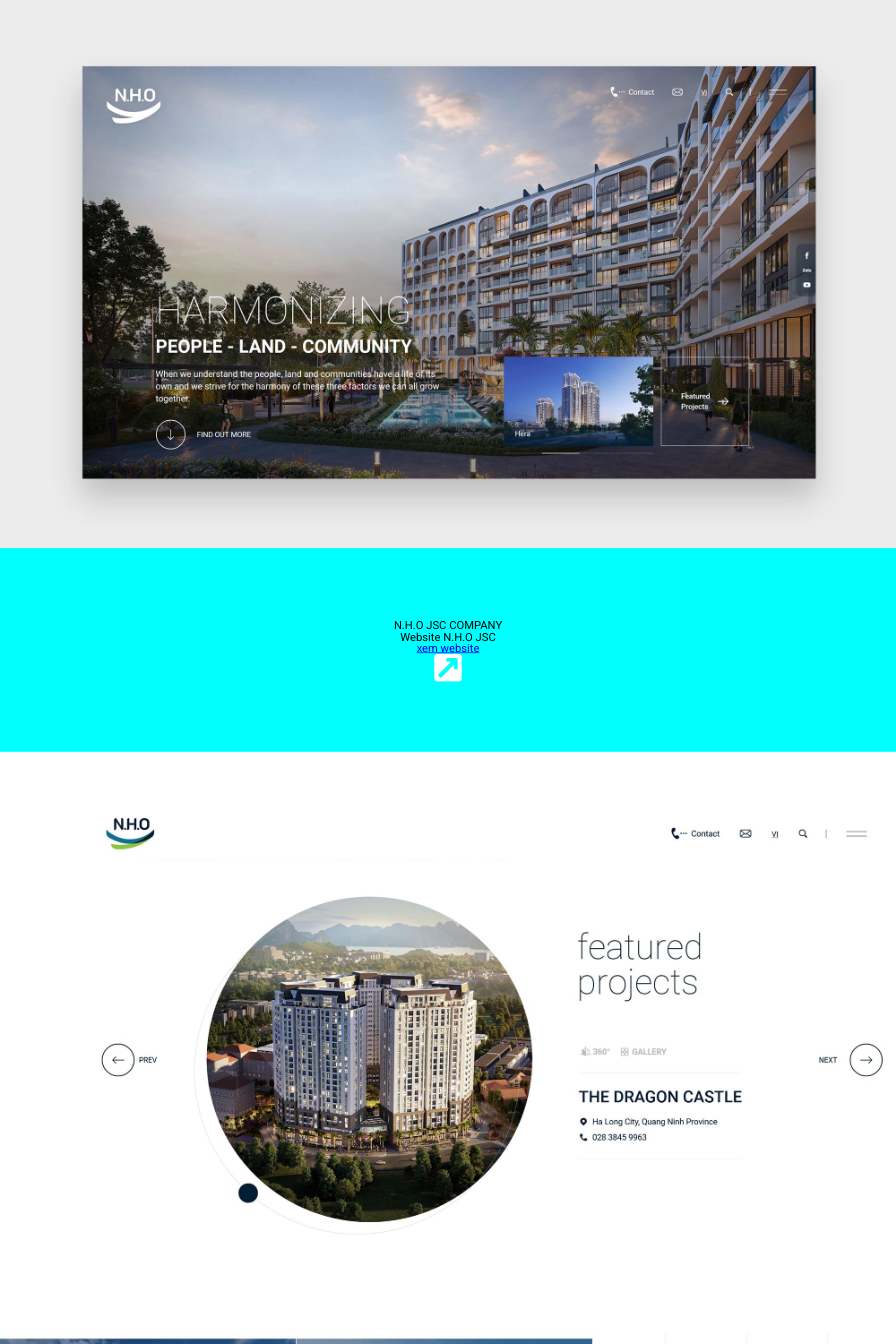
Repository: Minns-Cao/project-BTQ
Page: company.html
These files come from the project's save history. The page is drawn as it stood at one moment and after the next save; the edit follows.
The browser window is 1280 px wide. The pictures show the part of the page from y = 0 to 1920 px (the page is 6057 px tall), at 70% of full size.

Above is the page before, as saved 2023-07-02 09:32:52.
Console error: TypeError: Cannot read properties of null (reading 'addEventListener')

After the next save:
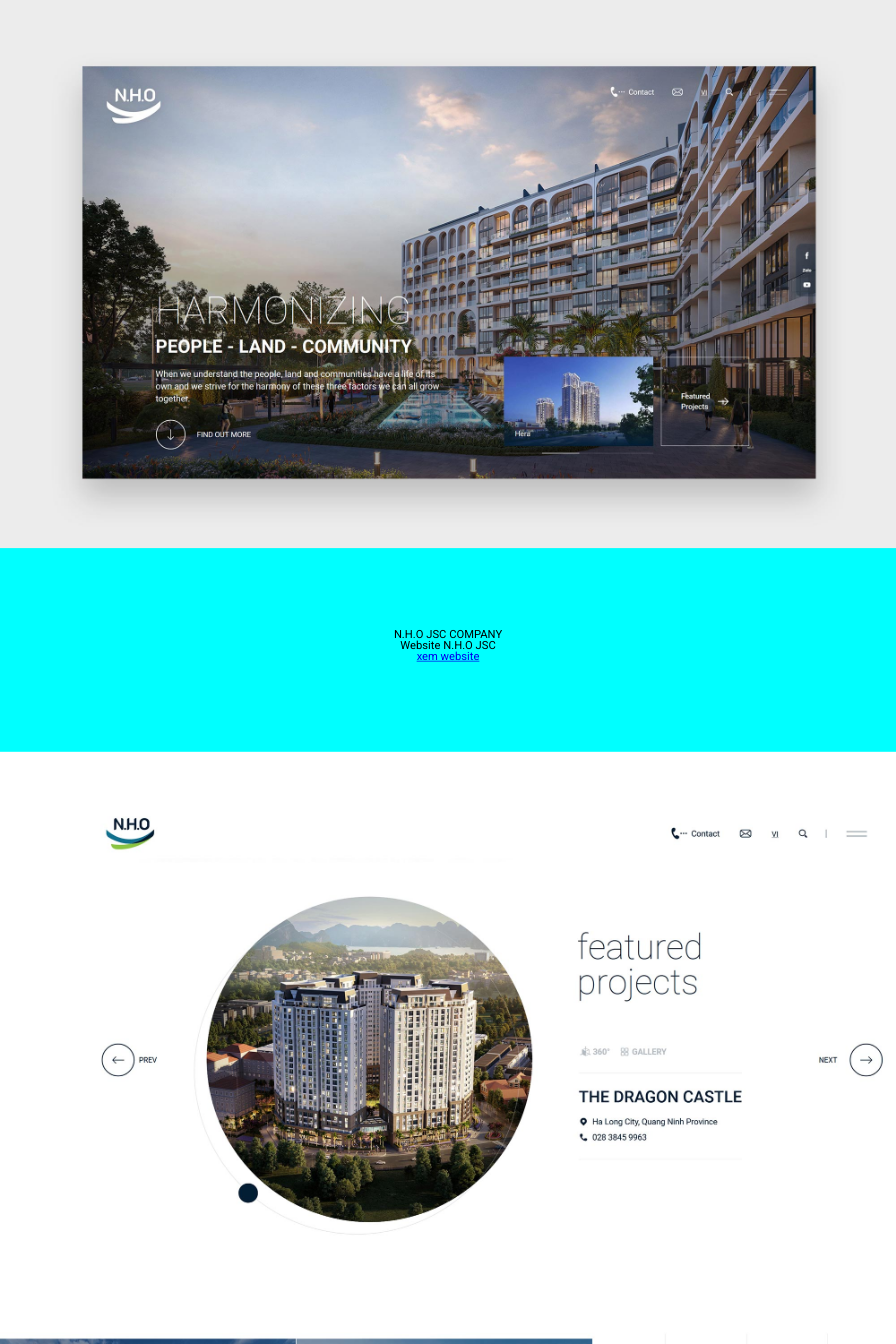
Saved 26 s later.
--- a/assets/css/styleCustomer.css
+++ b/assets/css/styleCustomer.css
@@ -22,6 +22,8 @@
     align-items: center;
 }
 
+.details-title-name .linkWebCus .
+
 .details-title-name .icon {
     width: 40px;
     height: 40px;

After the 2 saves that followed:
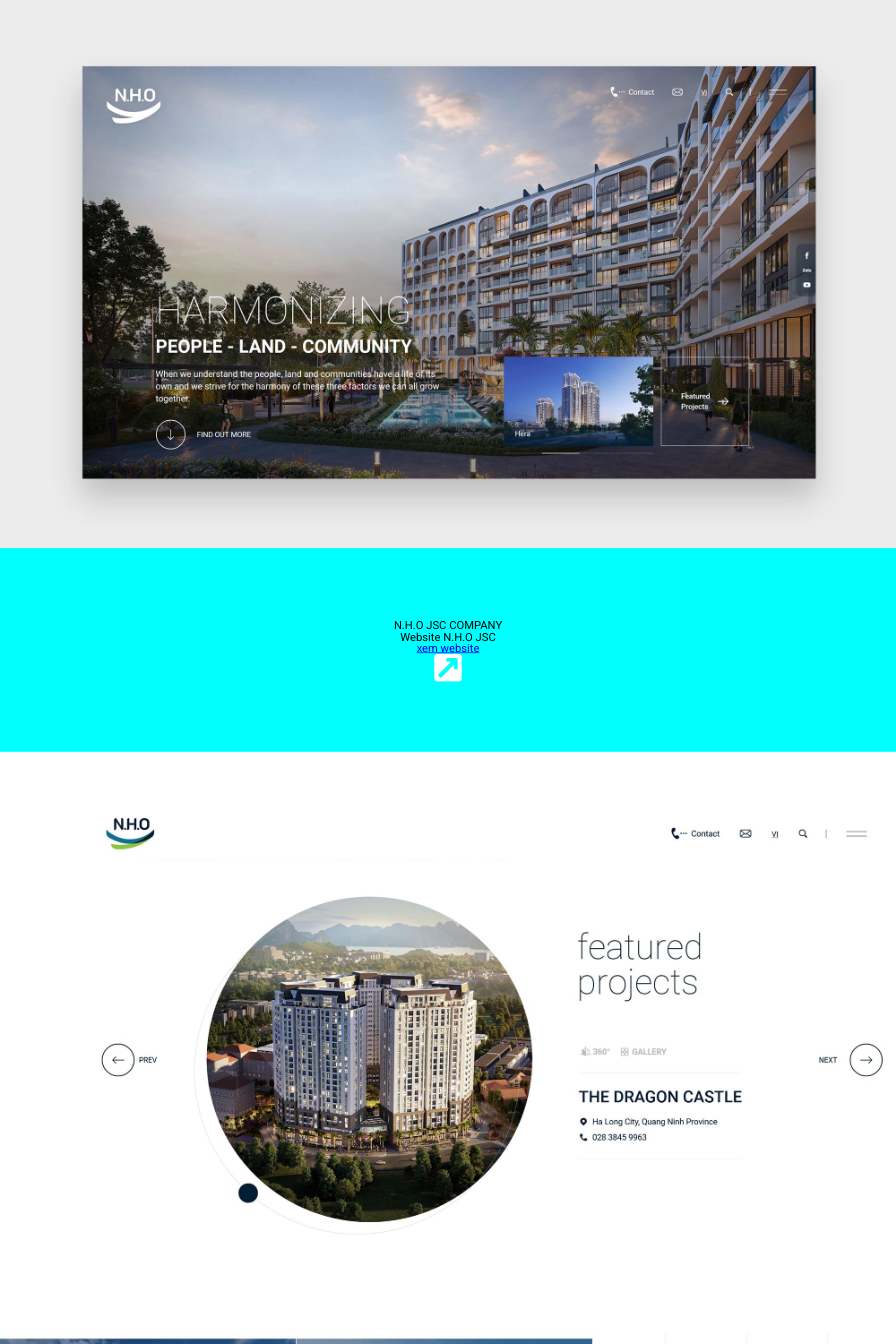
The 2 saves are shown as one change because they came seconds apart.
The last was saved 30 s later.
--- a/assets/css/styleCustomer.css
+++ b/assets/css/styleCustomer.css
@@ -22,7 +22,16 @@
     align-items: center;
 }
 
-.details-title-name .linkWebCus .
+.details-title-name .linkWebCus .name{
+    font-size: 5vw;
+    font-weight: 100;
+    line-height: 1.2;
+    position: relative;
+    margin: 10px 0;
+    color: #fff;
+    text-align: center;
+    display: block;
+}
 
 .details-title-name .icon {
     width: 40px;
